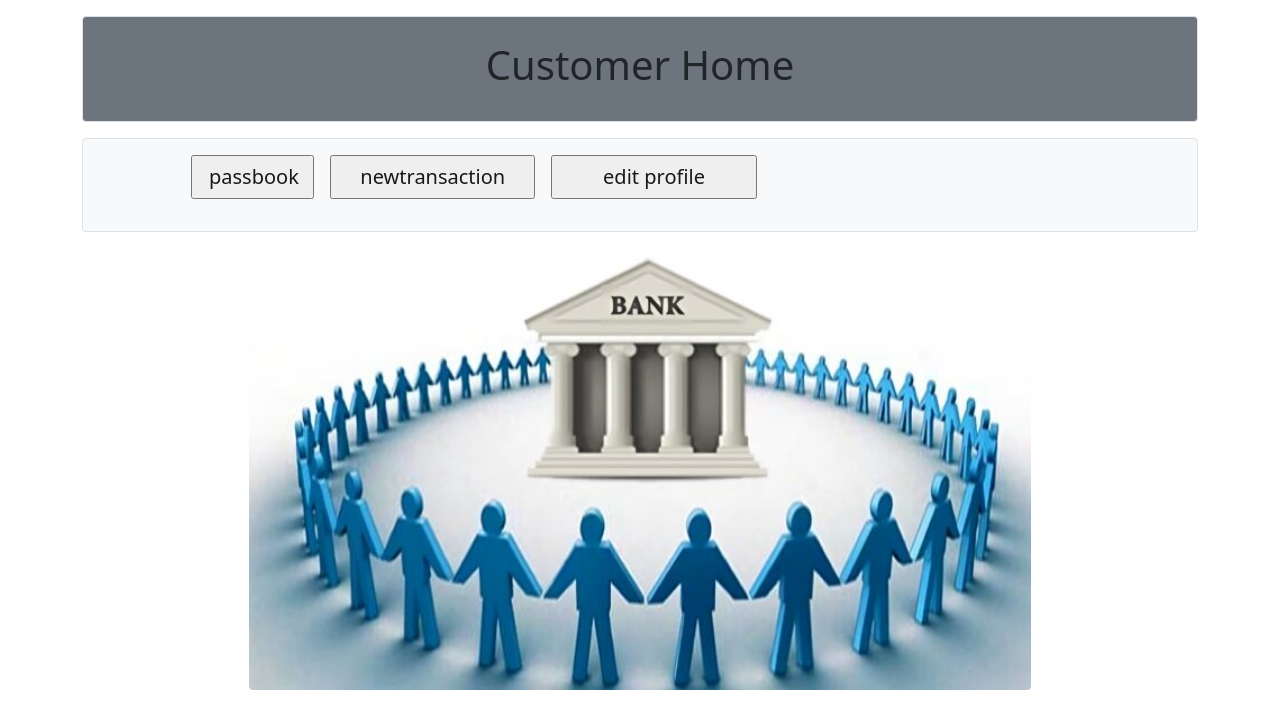
Repository: shivamaninalla/Bank-Application-JSP
Page: http://localhost/10-BankApplication/cust-home.jsp
An editor plug-in stored every save of this project. The page is shown before and after the next save, followed by the edit.
The browser window is 1280 px wide. The pictures show the whole page.
The page is served by Tomcat 9.

Above is the page before, as saved 2024-07-20 11:11:56.

After the next save:
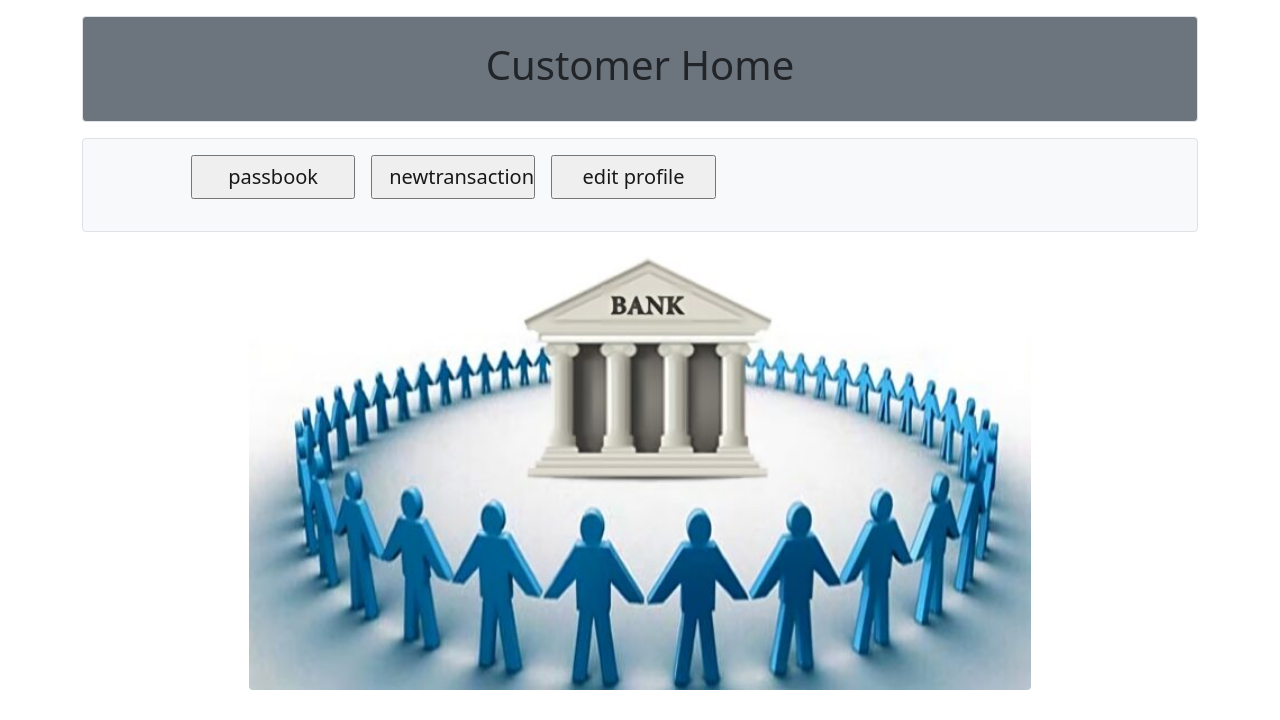
Saved 72 s later.
--- a/10-BankApplication/WebContent/cust-home.jsp
+++ b/10-BankApplication/WebContent/cust-home.jsp
@@ -29,11 +29,11 @@
 				<nav class="navbar navbar-expand-lg bg-body-tertiary px-5">
 					<div class="container-fluid">
 						<input type="submit" name="TransactionController"
-							value="passbook" class="navbar-brand nav-link col-3" />
+							value="passbook" class="navbar-brand nav-link col-4" />
 						<input type="submit" name="TransactionController"
-							value="newtransaction" class="navbar-brand nav-link col-5" />
+							value="newtransaction" class="navbar-brand nav-link col-4" />
 						<input type="submit" name="TransactionController" value="edit profile"
-							class="navbar-brand nav-link col-5" />
+							class="navbar-brand nav-link col-4" />
 					</div>
 				</nav>
 			</form>
